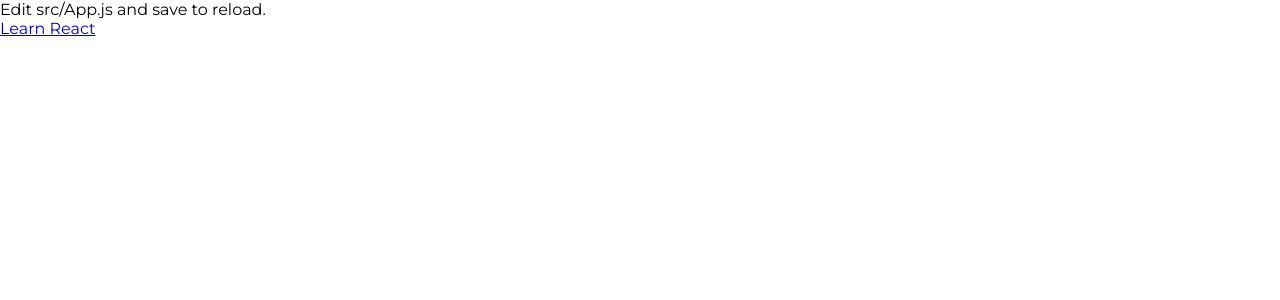
Repository: Gab23Oli/Projeto-de-Conclus-o---Shopping-Cart
Page: /
The author's editor kept a copy of each file at every save. The page is drawn from the files as they stood at one save, then again after the next save.
The browser window is 1280 px wide. The pictures show the whole page.
The project was rebuilt for these pictures with package versions that can differ from the ones it lists, and the page was loaded fresh each time.

Above is the page before, as saved 2024-01-25 12:20:28.

### public/index.html
<!DOCTYPE html>
<html lang="en">
  <head>
    <meta charset="utf-8" />
    <meta name="viewport" content="width=device-width, initial-scale=1" />
    <title>Shopping Cart</title>
  </head>
  <body>
    <noscript>You need to enable JavaScript to run this app.</noscript>
    <div id="root"></div>
  </body>
</html>

### src/index.css
@import url('https://fonts.googleapis.com/css2?family=Montserrat:ital,wght@0,100;0,200;0,300;0,400;0,500;0,600;0,700;0,800;0,900;1,100;1,200;1,300;1,400;1,500;1,600;1,700;1,800;1,900&display=swap');

* {
  margin: 0;
  padding: 0;
  box-sizing: border-box;
  font-family: "Montserrat", sans-serif;
}

body {
  background-color: ;
}

Loaded but not shown: src/index.js (common file); src/App.js (common file)

After the next save:
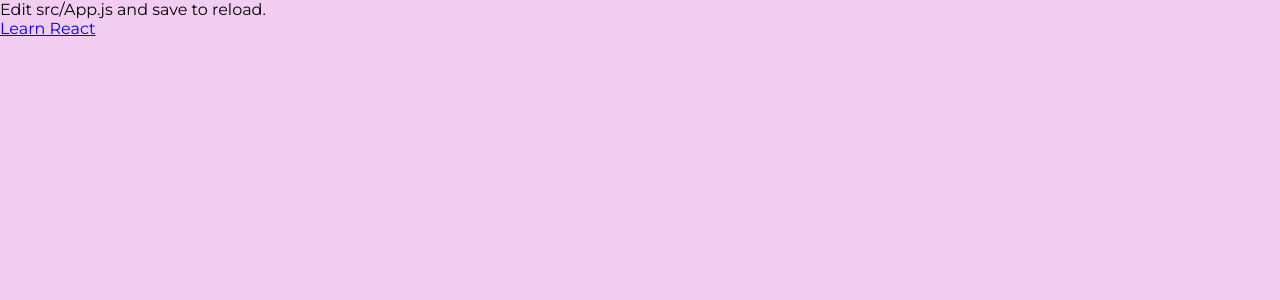
Saved 19 s later.
--- a/src/index.css
+++ b/src/index.css
@@ -8,5 +8,5 @@
 }
 
 body {
-  background-color: ;
+  background-color: #ebeb ;
 }
